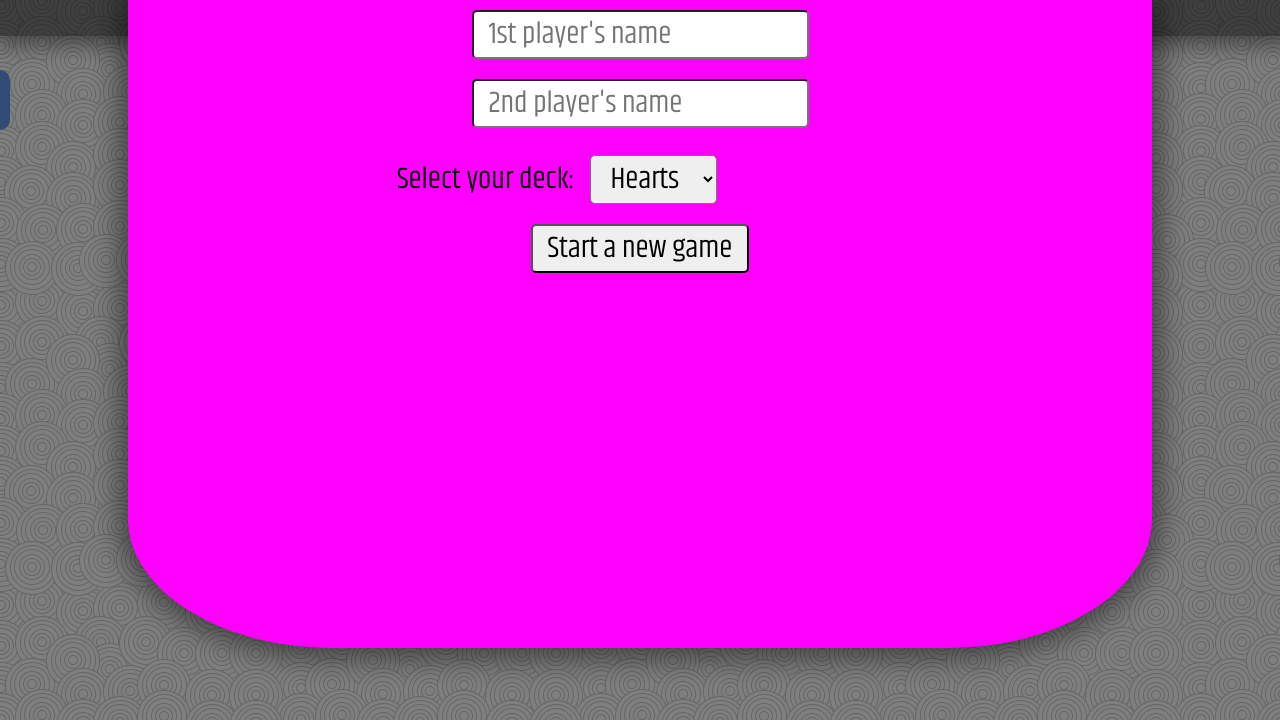
Repository: loragil/memory-game
Page: index.html
The author's editor kept a record of every edit. The page is drawn from the files as they stood at one moment, then again after the next edit.
The browser window is 1280 px wide. The pictures show the whole page.

Above is the page before.
Console error: SyntaxError: Unexpected token ')'

After the next edit:
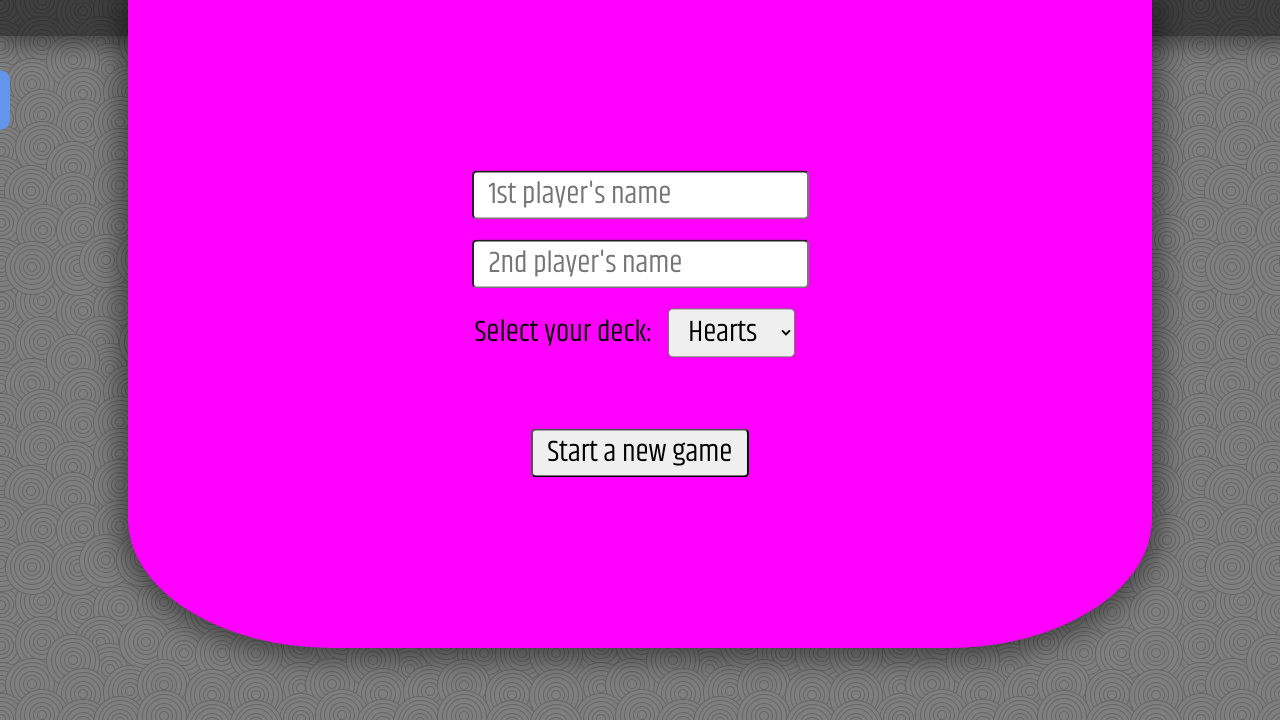
The edit:
--- a/index.html
+++ b/index.html
@@ -18,6 +18,7 @@
     <div id="container">
         <div id="startScreen">
             <div class="wrapper">
+            <div class="content">
                 <div>
                     <label for="playerAName">
                         <input type="text" name="playerAName" placeholder="1st player's name" />
